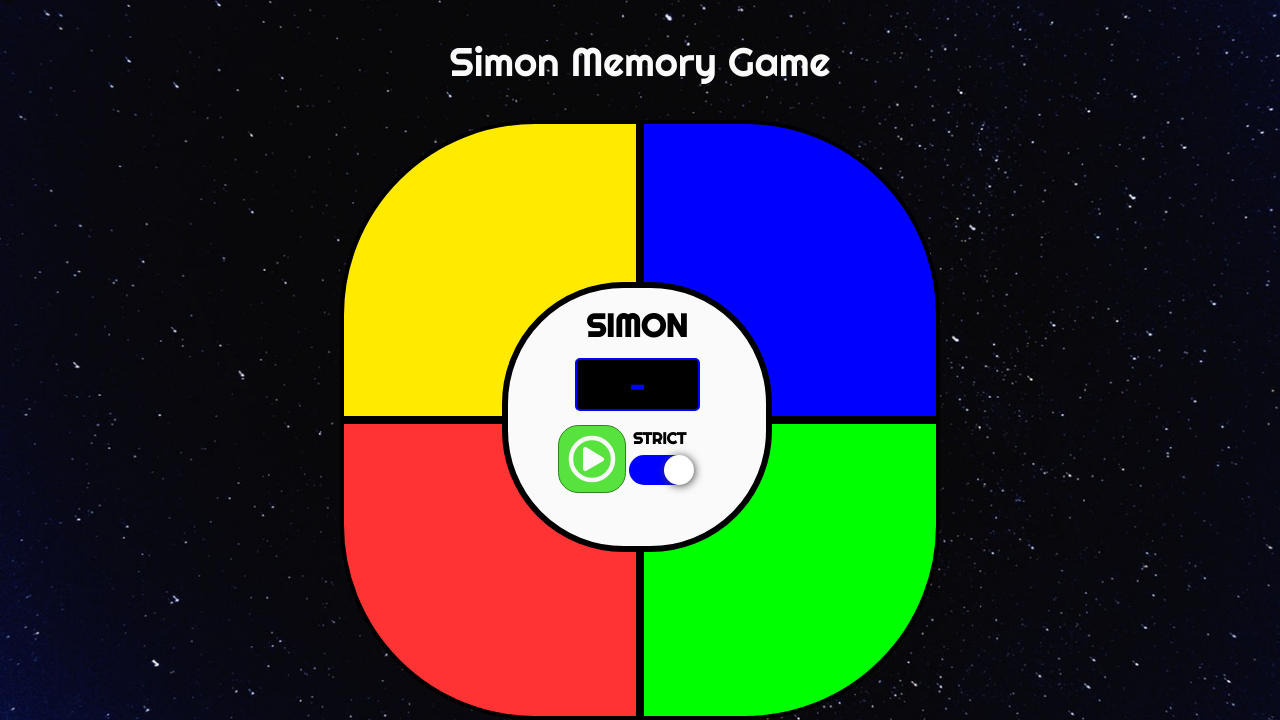
Repository: 5803emma/milestone2-simongame
Page: index.html
The author's editor kept a record of every edit. The page is drawn from the files as they stood at one moment, then again after the next edit.
The browser window is 1280 px wide. The pictures show the whole page.
An inner scrolling area shows only its first screen. Some web libraries are served in a nearby version.

Above is the page before.

### index.html
<!DOCTYPE html>
<html lang="en">

<head>
  <!--- Meta Data --->
  <meta charset="UTF-8">
  <meta name="viewport" content="width=device-width, initial-scale=1, shrink-to-fit=no">
  <meta http-equiv="X-UA-Compatible" content="ie=edge">
  <meta name="description" content="Simon Game">


  <!--- Title --->
  <title>Simon</title>

  <!--- Favicon --->
  <link class="favicon" rel="icon" href="assets/images/favicon.ico" type="image/ico">

  <!--- Links to Styling --->
  <link rel="stylesheet" href="https://stackpath.bootstrapcdn.com/bootstrap/4.3.1/css/bootstrap.min.css" rel="stylesheet" integrity="sha384-ggOyR0iXCbMQv3Xipma34MD+dH/1fQ784/j6cY/iJTQUOhcWr7x9JvoRxT2MZw1T" crossorigin="anonymous">
  <link rel="stylesheet" href="https://cdnjs.cloudflare.com/ajax/libs/font-awesome/5.11.2/css/all.min.css" integrity="sha256-+N4/V/SbAFiW1MPBCXnfnP9QSN3+Keu+NlB+0ev/YKQ=" crossorigin="anonymous" />
  <link href="https://stackpath.bootstrapcdn.com/font-awesome/4.7.0/css/font-awesome.min.css" rel="stylesheet" integrity="sha384-wvfXpqpZZVQGK6TAh5PVlGOfQNHSoD2xbE+QkPxCAFlNEevoEH3Sl0sibVcOQVnN" crossorigin="anonymous">
  <link rel="stylesheet" href="assets/css/style.css" type="text/css" />

</head>

<body>
  <header class="header">
    <h1 align="center">Simon Memory Game</h1>
  </header>


  <!--- Game Board --->
  <div class="container-fluid board-container">
    <div class="row no-gutters">
      <div class="simon-board col">
        <!--- Coloured Blocks --->
        <div class="blocks">
          <div id="1" class="block yellow-block disabled"></div>
          <div id="2" class="block blue-block disabled"></div>
          <div id="3" class="block red-block disabled"></div>
          <div id="4" class="block green-block disabled"></div>
        </div>
        <!--- Controls --->
        <div class="controls">
          <div class="game-label">SIMON</div>
          <div id="score-counter" class="num-display">-</div>
          <div id="start" class="start-btn"><i class="far fa-play-circle fa-3x"></i></div>
          <div class="container strict-container">
            <div class="control-label strict-label">
              <p class="m-0 p-0">STRICT</p>
              <div class="strict-switch">
                <input type="checkbox" id="strict" class="toggle" checked/>
              </div>
            </div>
          </div>
        </div>
      </div>
    </div>
  </div>

  <!--- Game Information Button --->
  <div class="button-container">
    <div class="row justify-content-center">
      <button id="info-button" type="button" class="btn btn-success" data-toggle="modal" data-target="#infoModal">HOW TO PLAY<br><i class="fas fa-info-circle fa-2x"></i></button>
    </div>
  </div>

  <!--- Footer --->
  <footer>
    <p align="center">Created as a Milestone 2 Project for the Code Institute Full Stack Developer Course</p>
  </footer>



  <!--- Game Information Modal --->
  <div class="modal fade" id="infoModal" tabindex="-1" role="dialog" aria-labelledby="gameInfoModal" aria-hidden="true">
    <div class="modal-dialog modal-dialog-scrollable" role="document">
      <div class="modal-content">
        <!-- Game Information Modal Header -->
        <div class="modal-header px-0 pl-4">
          <h4 class="modal-title" id="exampleModalScrollableTitle"><i class="fas fa-info-circle"></i> How to Play....<i class="fas fa-info-circle"></i></h4>
          <button type="button" class="close pl-0 mr-2" data-dismiss="modal" aria-label="Close">
          					<span aria-hidden="true">&times;</span>
        				</button>
        </div>
        <!--- Game Information Modal Body --->
        <div class="modal-body modal-body-info">
          <div class="buttons-box m-2 px-2 py-2">
            <a id="modal-scroll" href="#info-heading-modal"><i class="fas fa-arrow-down"></i></a>
            <h3><b>Simon Memory Game</b></h3>
            <p>Press the play button in the green circle and one of the four coloured blocks will light up. Press the block that lights up. If you press the correct block the counter in the centre of the board will register your successful turn. The number of blocks that light up will increase by one on each turn and the pattern will be random. Your objective is to reproduce the pattern made by the blocks lighting up. It's easy at first, but make sure to stay focused as the patterns get more
              complex!
            </p><br>
            <h3 id="info-heading-modal"><b>Buttons:</b></h3>
            <p><strong class="h5 font-weight-bold">Green Play Button </strong>To begin the game, press the green play button in the centre of the SIMON game board. You can also press this button to start a new game at any point</p>
            <p><b class="h5 font-weight-bold">Strict Slider </b>When strict mode is turned ON (BLUE), if you get your sequence wrong at any point the game will be over. If you want to practice, turn strict mode OFF using the slider (GREY) you can keep trying
              the pattern until you get it correct and then move on to the next pattern.</p>
            <h3><b>How to Win:</b></h3>
            <ul class="p-0 pl-3">
              <li>Turn on Strict mode using the slider in the centre of the Game Board</li>
              <li>Selecting Strict Mode resets the counter to 0</li>
              <li>Reach a score of 15 to win</li>
            </ul><br>
          </div>
        </div>
        <!-- Game Information Modal Footer -->
        <div class="modal-footer">
          <h4>G.L.H.F ! <i class="fas fa-smile"></i></h4>
          <button id="close-button" type="button" class="btn btn-success" data-dismiss="modal">Close</button>
        </div>
      </div>
    </div>
  </div>

  <!-- Lose Modal -->
  <div class="modal fade" id="loseModal" tabindex="-1" role="dialog" aria-labelledby="loseGameModal" aria-hidden="true">
    <div class="modal-dialog modal-dialog-scrollable" role="document">
      <div class="modal-content">
        <!-- Lose Modal Header -->
        <div class="modal-header px-0 pl-4">
          <h5 class="modal-title" id="exampleModalScrollableTitle-2"><i class="far fa-surprise"></i> Oops!! <i class="far fa-surprise"></i><br> Game Over Buddy !!</h5>
          <button type="button" class="close pl-0 mr-2" data-dismiss="modal" aria-label="Close">
          					<span aria-hidden="true">&times;</span>
        				</button>
        </div>
        <!-- Lose Modal Body -->
        <div class="modal-body">
          <div class="buttons-box m-2 px-2 py-2 text-center">
            <h4>You Scored A Grand Total of....</h4><br>
            <h2 id="lose-modal-display" class="text-center">--</h2>
            <p class="m-0 mt-5 text-center">Click on the green Start button below if you would like to begin a new game.<br> The grey Close button will close this window without beginning a new game.</p>
          </div>
        </div>
        <!-- Lose Modal Footer -->
        <div class="modal-footer justify-content-between">
          <button id="start-modal-button" type="button" class="btn btn-success" data-dismiss="modal">Start</button>
          <button id="close-button-2" type="button" class="btn btn-secondary" data-dismiss="modal">Close</button>
        </div>
      </div>
    </div>
  </div>

  <!-- Win Modal -->
  <div class="modal fade" id="winModal" tabindex="-1" role="dialog" aria-labelledby="winGameModal" aria-hidden="true">
    <div class="modal-dialog modal-dialog-scrollable" role="document">
      <div class="modal-content win-modal-content">
        <!-- Win Modal Header -->
        <div class="modal-header px-0 pl-4">
          <h5 class="modal-title text-uppercase" id="exampleModalScrollableTitle-3"><i class="far fa-laugh-squint"></i> YOU WIN!! <i class="far fa-laugh-squint"></i></h5>
          <button type="button" class="close pl-0 mr-2" data-dismiss="modal" aria-label="Close">
          					<span aria-hidden="true">&times;</span>
        				</button>
        </div>
        <!-- Win Modal Body -->
        <div class="modal-body">
          <div class="buttons-box m-2 px-2 py-2 text-center">
            <h4 class="text-uppercase">You scored the maximum score of:</h4><br>
            <h2 id="win-modal-display" class="text-center">--</h2>
            <h5 class="m-0 mt-5 text-center font-weight-bold text-uppercase">CONGRATULATIONS!</h5>
            <p class="m-0 mt-3 text-center">Click the green start button to play again !</p>
          </div>
        </div>
        <!-- Win Modal Footer -->
        <div class="modal-footer justify-content-between">
          <button id="start-modal-win-button" type="button" class="btn btn-success" data-dismiss="modal">Start</button>
          <button id="close-button-3" type="button" class="btn btn-secondary" data-dismiss="modal">Close</button>
        </div>
      </div>
    </div>
  </div>

  <!--- Audio --->
  <audio id="sound-yellow" src="https://s3.amazonaws.com/freecodecamp/simonSound3.mp3"></audio>
  <audio id="sound-blue" src="https://s3.amazonaws.com/freecodecamp/simonSound4.mp3"></audio>
  <audio id="sound-red" src="https://s3.amazonaws.com/freecodecamp/simonSound2.mp3"></audio>
  <audio id="sound-green" src="https://s3.amazonaws.com/freecodecamp/simonSound1.mp3"></audio>
  <audio id="sound-lost" src="assets/sounds/game-over.wav"></audio>
  <audio id="sound-win" src="assets/sounds/game-win.wav"></audio>

  <!--- Scripts --->

  <script src="https://code.jquery.com/jquery-3.4.1.slim.min.js" integrity="sha256-pasqAKBDmFT4eHoN2ndd6lN370kFiGUFyTiUHWhU7k8=" crossorigin="anonymous"></script>
  <script src="https://code.jquery.com/jquery-3.4.1.min.js" integrity="sha256-CSXorXvZcTkaix6Yvo6HppcZGetbYMGWSFlBw8HfCJo=" crossorigin="anonymous"></script>
  <script src="https://cdnjs.cloudflare.com/ajax/libs/popper.js/1.15.0/umd/popper.min.js" integrity="sha256-fTuUgtT7O2rqoImwjrhDgbXTKUwyxxujIMRIK7TbuNU=" crossorigin="anonymous"></script>
  <script src="https://stackpath.bootstrapcdn.com/bootstrap/4.3.1/js/bootstrap.min.js" integrity="sha384-JjSmVgyd0p3pXB1rRibZUAYoIIy6OrQ6VrjIEaFf/nJGzIxFDsf4x0xIM+B07jRM" crossorigin="anonymous"></script>
  <script src="assets/js/index.js"></script>
  </div>

</body>

</html>

### assets/css/style.css
@import url('https://fonts.googleapis.com/css?family=Righteous&display=swap');
@import url('https://fonts.googleapis.com/css?family=Roboto:400,400i&display=swap');

html,
body {
    width: 100%;
    height: 100%;
    margin: 0;
    padding: 0;
    overflow-x: hidden;
}

body {
    background: url(../images/background.jpg) no-repeat center center;
    background-size: cover;
    background-color: #000000;
    font-family: 'Righteous', sans-serif;
    color: #fafafa;
}

.header {
    padding-top: 3%;
    padding-bottom: 2%;
}

.row {
    text-align: center;
    width: 100%;
    height: 100%;
    padding: 0;
    margin: 0;
}


.disabled {
    pointer-events: none;
}


.board-container {
    display: -webkit-box;
    display: -ms-flexbox;
    display: flex;
    padding: 0;
    margin: auto;
    width: 100%;
    height: 100vw;
    max-width: 600px;
    max-height: 600px;
    border-radius: 65%;
    background-color: #fafafa;
    margin-bottom: 20px;
}

.button-container {
    margin-bottom: 20px;
}

.strict-container {
    position: absolute;
    margin-top: 150px;
    margin-left: 45px;
    padding: 0px;
    width: 30%;
    line-height: 0;
    font-weight: bold;
    color: #000000;
}


/*------------- Colours */

.block {
    position: relative;
    float: left;
    width: 50%;
    height: 50vw;
    border: solid 4px #000000;
    max-width: 300px;
    max-height: 300px;
    cursor: pointer;
}

.yellow-block {
    background-color: #ffea00;
    border-top-left-radius: 65%;

}

.blue-block {
    background-color: #0000ff;
    border-top-right-radius: 65%;

}

.red-block {
    background-color: #ff3333;
    border-bottom-left-radius: 65%;

}

.green-block {
    background-color: #00ff00;
    border-bottom-right-radius: 65%;

}

.bright-yellow {
    background-color: #fff099;

}

.bright-blue {
    background-color: lightblue;

}

.bright-red {
    background-color: tomato;

}

.bright-green {
    background-color: lightgreen;

}


/*-------------Board Label, Counter, Play Button, Strict Slider */

.controls {
    display: -webkit-box;
    display: -ms-flexbox;
    display: flex;
    -webkit-box-pack: center;
    -ms-flex-pack: center;
    justify-content: center;
    position: absolute;
    background-color: #fafafa;
    top: 27%;
    left: 27%;
    width: 46vw;
    height: 46vw;
    max-width: 270px;
    max-height: 270px;
    border: solid 6px #000;
    border-radius: 45%;
    line-height: 55px;

}

.game-label {
    position: absolute;
    font-size: 2em;
    font-weight: bold;
    margin-top: 10px;
    color: #000;
}

#score-counter {
    position: absolute;
    top: 70px;
    color: blue;
    font-weight: bold;
    background-color: #000;
    width: 20vw;
    height: 10vw;
    max-width: 125px;
    max-height: 53px;
    margin: 0 auto;
    border: solid 2px blue;
    border-radius: 5px;
    font-size: 1.8em;
}

.start-btn {
    float: left;
    margin-right: 90px;
    margin-top: 137px;
    padding: 9px;
    cursor: pointer;
    line-height: 3em;
    background-color: #58e23e;
    height: 68px;
    width: 68px;
    border-radius: 30%;
    border: solid 1px #298417;

}

.start-btn:active {
    -webkit-box-shadow: inset 0 0 10px rgba(0, 0, 0, 0.6);
    -o-box-shadow: inset 0 0 10px rgba(0, 0, 0, 0.6);
    box-shadow: inset 0 0 10px rgba(0, 0, 0, 0.6);
    padding-top: 10px;
    -webkit-transition: -webkit-transform .2s;
    transition: -webkit-transform .2s;

}

.strict-switch {
    margin-top: 17px;
}

input[type="checkbox"] {
    position: relative;
    width: 60px;
    height: 30px;
    -webkit-appearance: none;
    -moz-appearance: none;
    -o-appearance: none;
    appearance: none;
    background: #d3d3d3;
    cursor: pointer;
    border: none;
    outline: none;
    border-radius: 25vw;

}

input:checked[type="checkbox"] {
    background-color: blue;
}

input[type="checkbox"]:before {
    content: "";
    position: absolute;
    height: 30px;
    width: 30px;
    border-radius: 50%;
    background-color: #fff;
    -webkit-box-shadow: 1px 1px 8px #444;
    -o-box-shadow: 1px 1px 8px #444;
    box-shadow: 1px 1px 8px #444;
}

input:checked[type="checkbox"]:before {
    left: 35px;
}



/* Modal Buttons */

#info-button {
    width: 25vw;
    height: 15vw;
    max-width: 180px;
    max-height: 80px;
    border-radius: 20px;
    padding-top: 0;
    margin: 20;
    font-weight: bold;

}

#close-button,
#close-button-2,
#close-button-3,
#start-modal-button,
#start-modal-win-button {
    border: none;
    width: 4.8em;
    height: 2.4em;
}

#info-button:active,
#close-button:active,
#close-button-2:active,
#close-button-3:active,
#start-modal-button:active,
#start-modal-win-button:active {
    border: none;
    -webkit-box-shadow: none;
    box-shadow: none;
    -webkit-transform: scale(0.96);
    -ms-transform: scale(0.96);
    transform: scale(0.96);
    -webkit-transition: -webkit-transform .2s;
    transition: -webkit-transform .2s;
    -o-transition: transform .2s;
}

.modal-header, .modal-footer {
    background-color: blue;
    font-weight: bold;
}

.modal-content {
    background: url(../images/background.jpg) no-repeat center center;
    background-size: cover;
    background-color: #010e18;
    color: #fff;
    font-family: 'Righteous', sans-serif;
    top: 3vh;
    width: 90%;
    margin: auto;
    border-radius: 7%;
}

.win-modal-content {
    background: url(../images/winner.jpg) no-repeat center center;
    background-size: cover;
    background-color: #0c1d5a;
    color: #fff;
    font-family: 'Roboto', sans-serif;
    top: 3vh;
    width: 90%;
    margin: auto;
}

.modal-title {
    text-align: center;
    width: 100%;
    font-size: 2em;
}

.modal-body-info {
    font-family: 'Righteous', sans-serif;
    height: 50vh;
}



.fa-arrow-down {
    float: right;
    color: white;
    font-size: 2.7em;
    animation: scrollDown 0.5s alternate-reverse infinite ease-in-out;
}

/*---------------------------------- MEDIA QUERIES */

@media screen and (max-width:600px) {
    .game-label {
        font-size: 4.2vw;
        line-height: 9.5vw;
    }
    #score-counter {
        top: 11.5vw;
        width: 13vw;
        height: 9vw;
        font-size: 3.7vw;
        line-height: 9.5vw;
        border-radius: 2.3vw;
    }
    .start-btn {
        font-size: 2.6vw;
        font-weight: bold;
        height: 11.3vw;
        width: 11.3vw;
        margin-right: 16.2vw;
        margin-top: 22.8vw;
        padding: 1.6vw 1.4vw;
    }
    .start-btn:active {
        font-size: 2.5vw;
        padding-top: 1.8vw;
    }
    .strict-container {
        font-size: 5vw;
        margin-top: 24.7vw;
        margin-left: 8.3vw;
    }
    .strict-switch {
        margin-top: 2.7vw;
    }
    input[type="checkbox"] {
        height: 6.1vw;
        width: 11.3vw;
        border-radius: 25vw;

    }
    input[type="checkbox"]:before {
        height: 6.1vw;
        width: 6.1vw;
    }

    input:checked[type="checkbox"]:before {
        left: 6.1vw;
    }
    #info-button {
        font-size: 2.7vw;
        border-radius: 3vw;
    }
    .yellow-block {
        border-top-left-radius: 35;
    }

    .blue-block {
        border-top-right-radius: 35;
    }

    .red-block {
        border-bottom-left-radius: 35;
    }

    .green-block {
        border-bottom-right-radius: 35;
    }
}

@media screen and (max-width:400px) {
    .modal-header h5 {
        font-size: 7.7vw;
    }
}

@media screen and (max-width:350px) {
    .heading-container h1 {
        font-size: 1.8em;
    }
    #info-button {
        font-size: 2.5vw;
    }
    .yellow-block {
        border-top-left-radius: 33vw;
    }
    .blue-block {
        border-top-right-radius: 33vw;
    }
    .red-block {
        border-bottom-left-radius: 33vw;
    }
    .green-block {
        border-bottom-right-radius: 33vw;
    }
}

@media screen and (max-height:830px) {
    .footer-container {
        position: static;
    }
}


@-webkit-keyframes scrollDown {
    from {
        margin-top: 0;
    }
    to {
        margin-top: 8px;
    }
}

@keyframes scrollDown {
    from {
        margin-top: 0;
    }
    to {
        margin-top: 8px;
    }
}

Loaded but not shown: assets/js/index.js (339 lines, source omitted)

After the next edit:
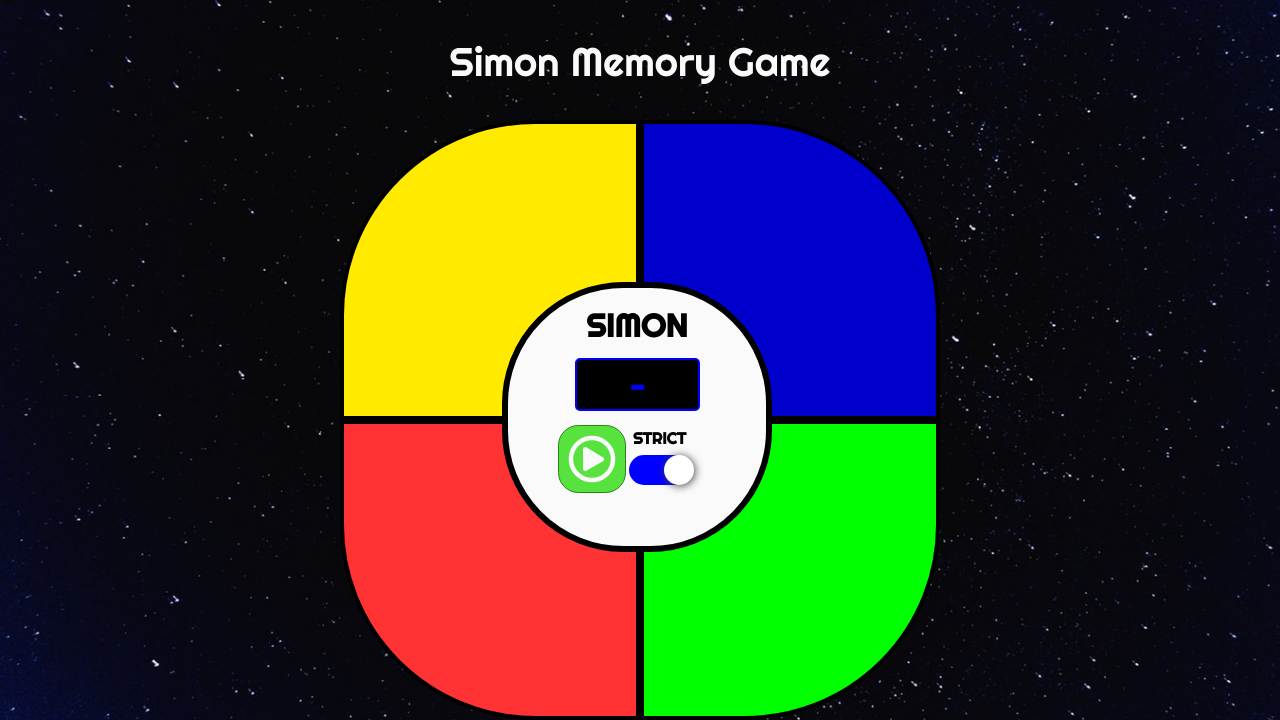
The edit:
--- a/assets/css/style.css
+++ b/assets/css/style.css
@@ -88,7 +88,7 @@
 }
 
 .blue-block {
-    background-color: #0000ff;
+    background-color: #0000cc;
     border-top-right-radius: 65%;
 
 }
